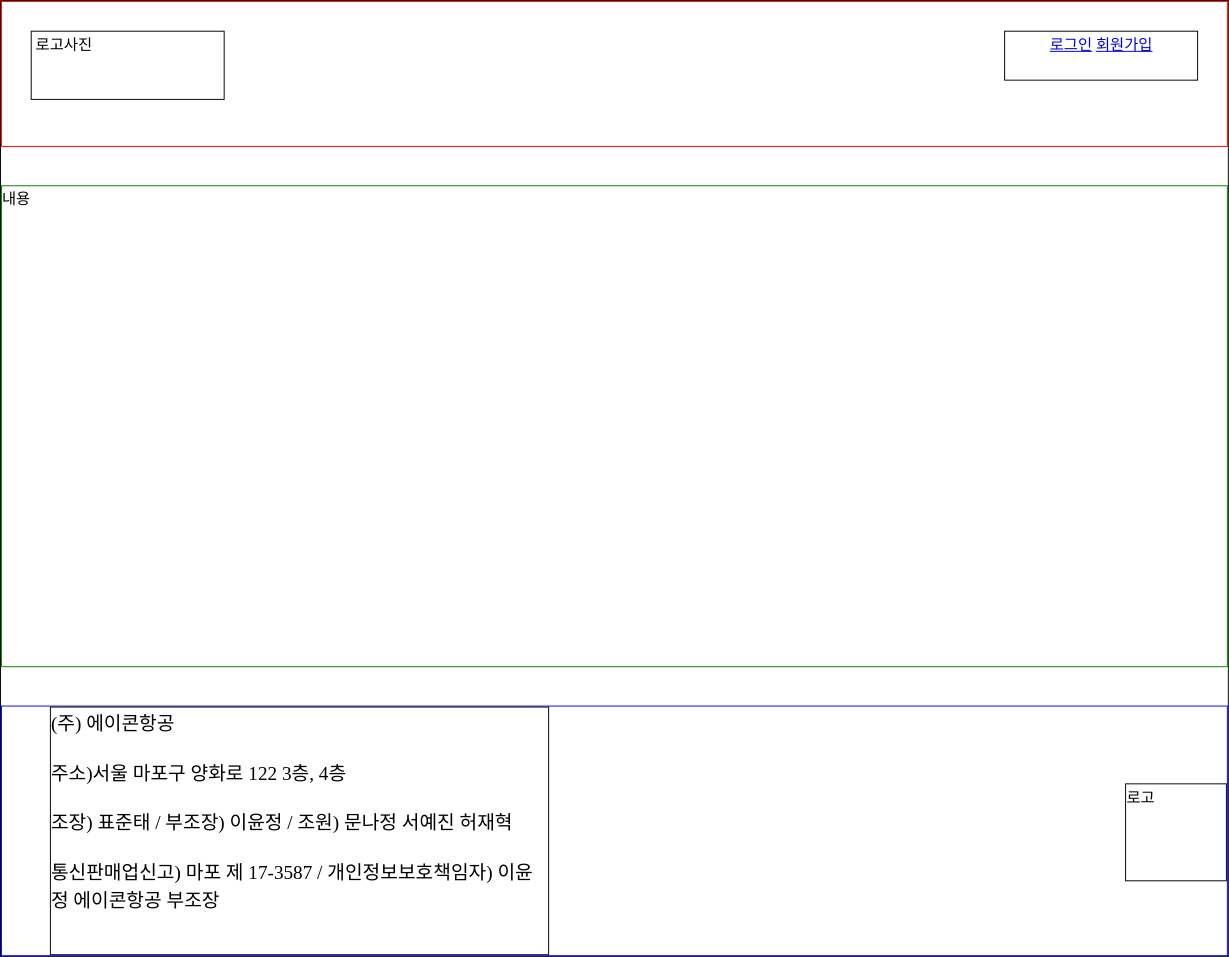
Repository: juntae710/Acorn_AirlineReservation_Project
Page: http://localhost/prj3_1/WEB-INF/views/h_index.jsp
These files come from the project's save history. The page is drawn as it stood at one moment and after the next save; the edit follows.
The browser window is 1280 px wide. The pictures show the whole page, at 96% of full size.
The page is served by Tomcat 9. Nobody is signed in. Other server files are loaded and not shown. The template is opened directly, without the code that normally fills it, so the values that code supplies are empty.

Above is the page before, as saved 2023-09-20 01:20:50.

### Eclipse/prj3_1/src/main/webapp/WEB-INF/views/h_index.jsp
<%@ page language="java" contentType="text/html; charset=UTF-8" pageEncoding="UTF-8"%>
<!DOCTYPE html>
<html>
<head>
<meta charset="UTF-8">
<title>Insert title here</title>
<style>
* {
	margin: 0;
}

main {
	border: 1px solid black;
}

header {
	border: 1px solid red;
	height: 150px;
	display: flex;
	position: relative;
}

.headerimg {
	width: 200px;
	height: 70px;
	border: 1px solid black;
	position: absolute;
	left: 30px;
	top: 30px;
}

.headerAtag {
	width: 200px;
	height: 50px;
	border: 1px solid black;
	position: absolute;
	right: 30px;
	top: 30px;
	text-align: center;
}

section {
	border: 1px solid green;
	height: 500px;
	margin-top: 40px;
}

footer {
	border: 1px solid blue;
	height: 259px;
	margin-top: 40px;
	margin-bottom: 0px;
	display: flex;
}


.footer_info{
border: 1px solid black;
margin-left: 50px;
width: 1000px;
font-size: 20px;


}
.footer_img{
border: 1px solid black;
width: 200px;
height: 100px;
margin-left: 600px;
margin-top: 80px;
}

</style>
</head>
<body>
	<main>
		<header>
			<div class="headerimg">
				<img src="" alt=""> 로고사진
			</div>

			<%
			String id = (String) session.getAttribute("id");
			%>

			<div class="headerAtag">
				<%
				if (id == null) {
				%>
				<a href="<%=request.getContextPath()%>/h_login">로그인</a>
				<%
				%>
				<a href="<%=request.getContextPath()%>/l_join">회원가입</a>
				<%
				} else {
				%>
				<p>아이디: <%=id%>님 </p>
				<a href="<%=request.getContextPath()%>/h_logOut">로그아웃</a>
				<a href="<%=request.getContextPath()%>/UUA.do">마이페이지</a>

				<%
				}
				%>
			</div>

		</header>

		<section>내용</section>



		<footer>
		<div class="footer_info">(주) 에이콘항공 <br><br>
			 주소)서울 마포구 양화로 122 3층, 4층 <br><br>
			조장) 표준태 / 부조장) 이윤정 / 조원) 문나정 서예진 허재혁 <br><br>
			통신판매업신고) 마포 제 17-3587 / 개인정보보호책임자) 이윤정 에이콘항공 부조장
		 </div>
		<div class="footer_img"><img alt="" src="">로고</div>
		</footer>
	</main>
</body>
</html>

After the next save:
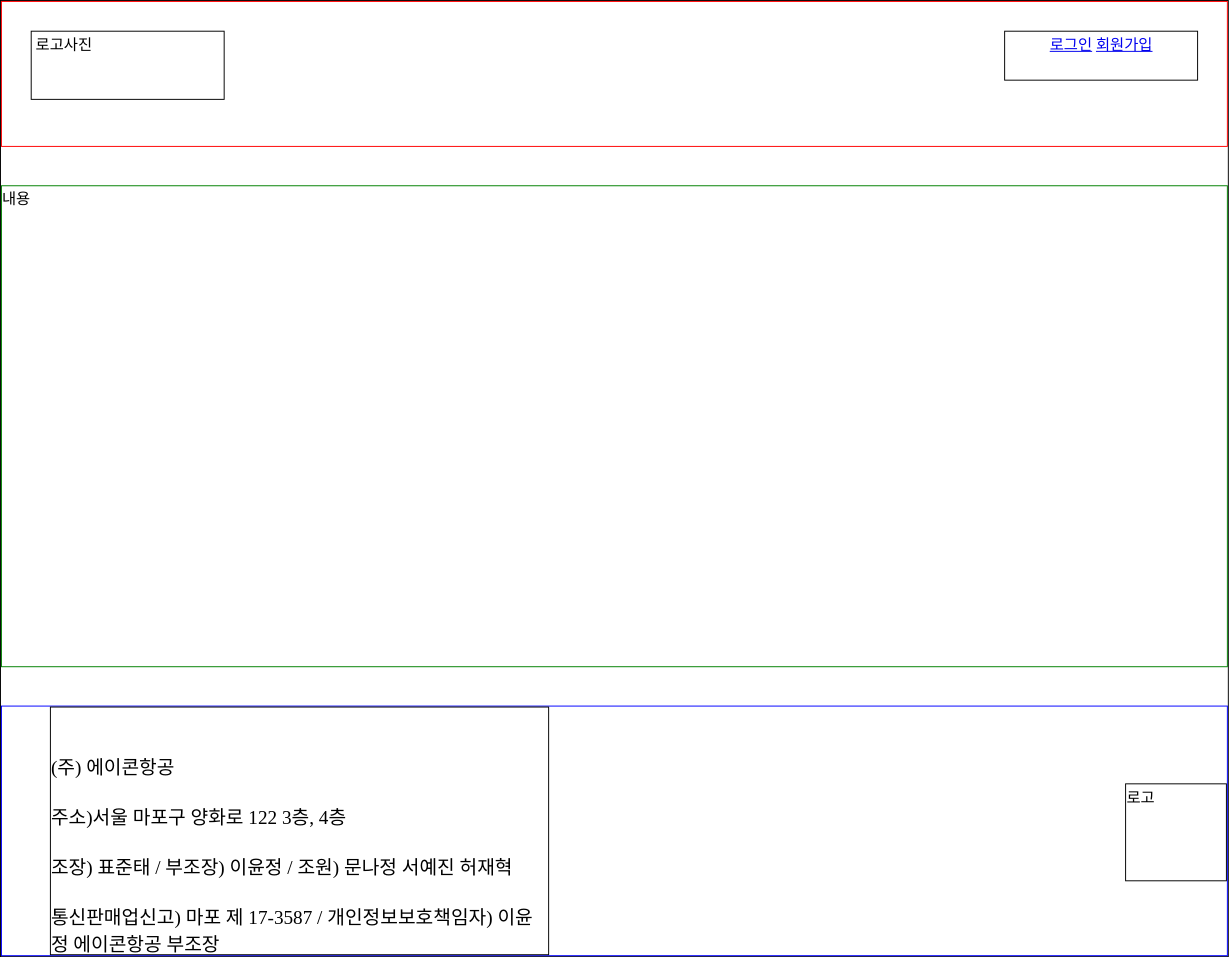
Saved 21 s later.
--- a/Eclipse/prj3_1/src/main/webapp/WEB-INF/views/h_index.jsp
+++ b/Eclipse/prj3_1/src/main/webapp/WEB-INF/views/h_index.jsp
@@ -110,7 +110,8 @@ margin-top: 80px;
 
 
 		<footer>
-		<div class="footer_info">(주) 에이콘항공 <br><br>
+		<div class="footer_info">
+		<br><br>(주) 에이콘항공 <br><br>
 			 주소)서울 마포구 양화로 122 3층, 4층 <br><br>
 			조장) 표준태 / 부조장) 이윤정 / 조원) 문나정 서예진 허재혁 <br><br>
 			통신판매업신고) 마포 제 17-3587 / 개인정보보호책임자) 이윤정 에이콘항공 부조장
